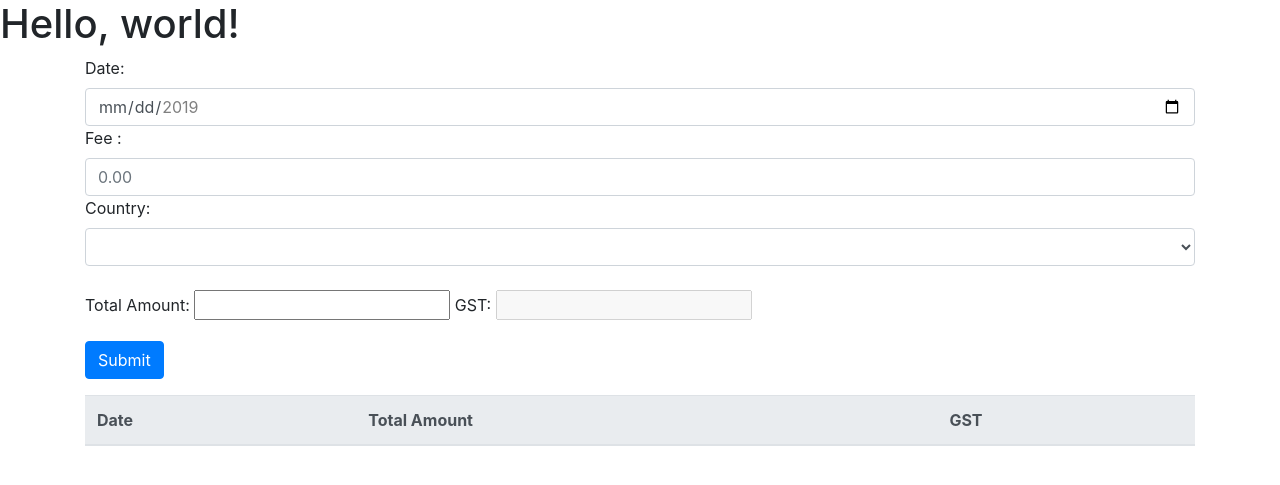
Repository: yucheng91/feesubmissionform
Page: http://localhost/
The author's editor kept a record of every edit. The page is drawn from the files as they stood at one moment, then again after the next edit.
The browser window is 1280 px wide. The pictures show the whole page.
The page is served by the project's application, run on Flask 3 (app.py). Queries for data that is not in the repository find no rows.

Above is the page before.

### templates/index.html
<!doctype html>
<html lang="en">
  <head>
    <!-- Required meta tags -->
    <meta charset="utf-8">
    <meta name="viewport" content="width=device-width, initial-scale=1, shrink-to-fit=no">

    <!-- Bootstrap CSS -->
    <link rel="stylesheet" href="https://stackpath.bootstrapcdn.com/bootstrap/4.3.1/css/bootstrap.min.css" integrity="sha384-ggOyR0iXCbMQv3Xipma34MD+dH/1fQ784/j6cY/iJTQUOhcWr7x9JvoRxT2MZw1T" crossorigin="anonymous">
    <script type="text/javascript" src="{{ url_for('static', filename='js/script.js') }}"></script>

    <title>Hello, world!</title>
  </head>
  <body>
    <h1>Hello, world!</h1>

    <div class="container">
      <div class="row">
        <div class="col">
          <form name="form" method='post'>
            <div class='form-group'>
              <label class='date'>
                      Date:
                  </label>
              <input type='date' class='form-control' name='transaction' title="date" min="2019-01-01" max="2019-12-31">
              <label class='label'>
                      Fee :
                  </label>
              <input type='number' step="0.01" class='form-control' name='fee' placeholder='0.00' onkeyup="calculateGST()">
              </label>
              <label class='label'>
                      Country:
                  </label>
              <select id="country" name='country' class='form-control selectpicker' data-live-search="true">
                          {%for d in country %}
                          <option value='{{ d['id'] }}' {%if d['id'] == id %}selected='selected'{%endif%}>{{ d['country'] }}</option>
                               {%endfor%}
              </select>
              <br>
                <label class='label' >
                  Total Amount:
                </label>
                <input type="number" name="totalfee">
                <label class='label' >
                  GST:
                </label>
                <input type="number" name="gst" disabled>
                <br>
              <input type='submit' class='btn btn-primary mt-3'>
              </div>
          </form>
          </div>
        </div>
      <div class="row">
        <div class="col">
        <table class="table table-hover">
          <thead class="thead-light">
            <tr>
              <th>Date</th>
              <th>Total Amount</th>
              <th>GST</th>
            </tr>
          </thead>
          {%for r in results%}
          <tr>
            <tbody>
              <td>
                {{ r['date'] }}
              </td>
              <td>
                {{ r['symbol'] }} {{ r['totalfee'] }}
              </td>
              <td>
                {{ r['gst'] }}
              </td>
            </tbody>
          </tr>
          {%endfor%}
        </table>
      </div>
      </div>
    </div>

    <!-- Optional JavaScript -->

    <!-- jQuery first, then Popper.js, then Bootstrap JS -->
    <script src="https://code.jquery.com/jquery-3.3.1.slim.min.js" integrity="sha384-q8i/X+965DzO0rT7abK41JStQIAqVgRVzpbzo5smXKp4YfRvH+8abtTE1Pi6jizo" crossorigin="anonymous"></script>
    <script src="https://cdnjs.cloudflare.com/ajax/libs/popper.js/1.14.7/umd/popper.min.js" integrity="sha384-UO2eT0CpHqdSJQ6hJty5KVphtPhzWj9WO1clHTMGa3JDZwrnQq4sF86dIHNDz0W1" crossorigin="anonymous"></script>
    <script src="https://stackpath.bootstrapcdn.com/bootstrap/4.3.1/js/bootstrap.min.js" integrity="sha384-JjSmVgyd0p3pXB1rRibZUAYoIIy6OrQ6VrjIEaFf/nJGzIxFDsf4x0xIM+B07jRM" crossorigin="anonymous"></script>
  </body>
</html>

### app.py
from flask import Flask, render_template, request, redirect, url_for
import os
import pymysql

connection = pymysql.connect(
    host='localhost',
    user="admin",
    password="password",
    database="fee_submission"
)

app = Flask(__name__)

@app.route('/')

def index():

    cursor = connection.cursor(pymysql.cursors.DictCursor)
    sql = "SELECT * FROM currency"
    cursor.execute(sql)
    country = []
    for r in cursor:
        country.append({
            'id' : r['id'],
            'country': r['country']
        })
    cursor.close()

    return render_template('index.html',country=country)

# "magic code" -- boilerplate
if __name__ == '__main__':
    app.run(host=os.environ.get('IP'),
            port=int(os.environ.get('PORT')),
            debug=True)

Loaded but not shown: static/js/script.js (no copy from this time; the picture is the same without it)

After the next edit:
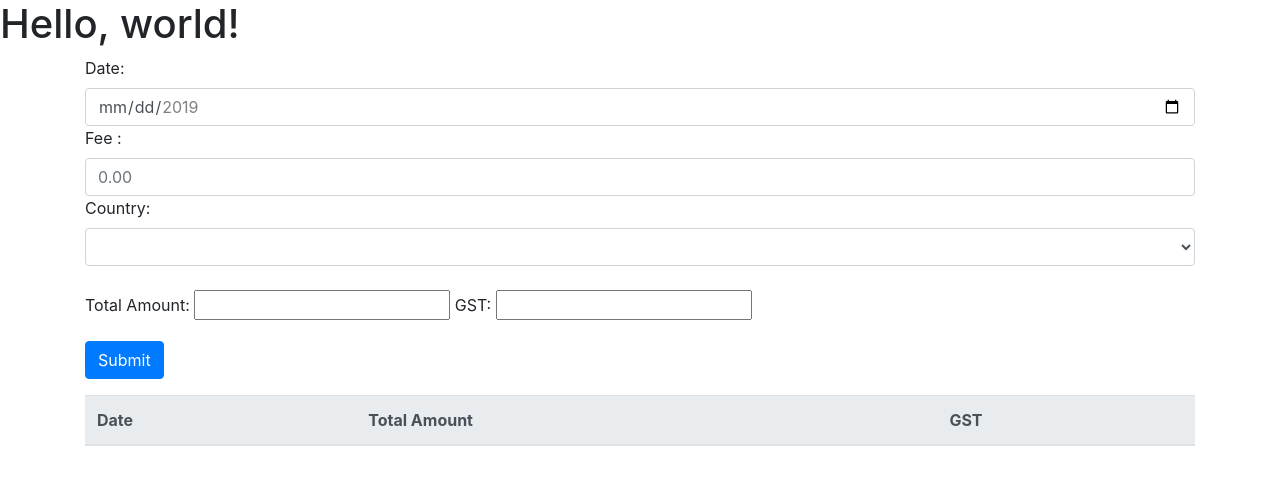
The edit:
--- a/templates/index.html
+++ b/templates/index.html
@@ -44,7 +44,7 @@
                 <label class='label' >
                   GST:
                 </label>
-                <input type="number" name="gst" disabled>
+                <input type="number" name="gst">
                 <br>
               <input type='submit' class='btn btn-primary mt-3'>
               </div>
